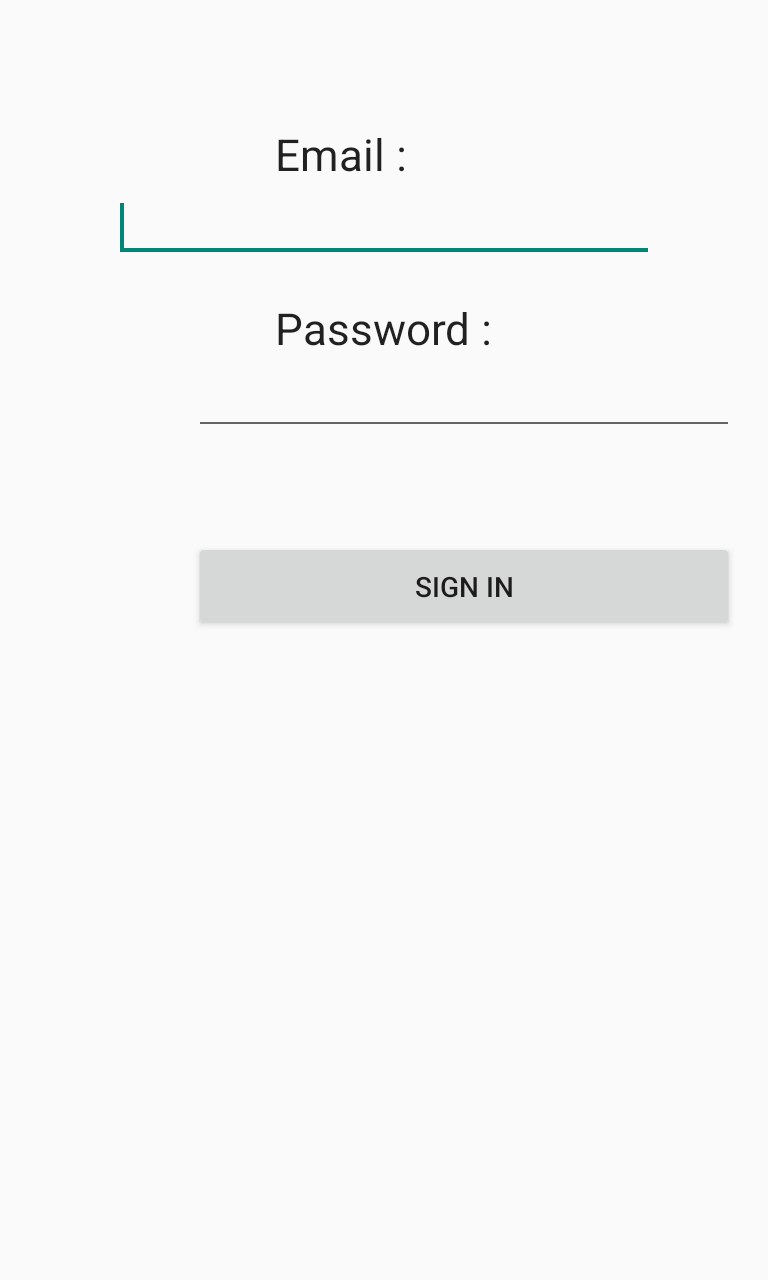
Repository: HAYKEL88/MASTER2_PFE
Layout: PFE_ANDROID/res/layout/activity_sign_in.xml
An editor plug-in stored every save of this project. The layout is shown before and after the next save, followed by the edit.
It is drawn on a 768 x 1280 px phone screen (xhdpi) without system bars, with theme AppTheme; the app's code is not run.

Above is the layout before, as saved 2014-12-21 11:55:40.

After the next save:
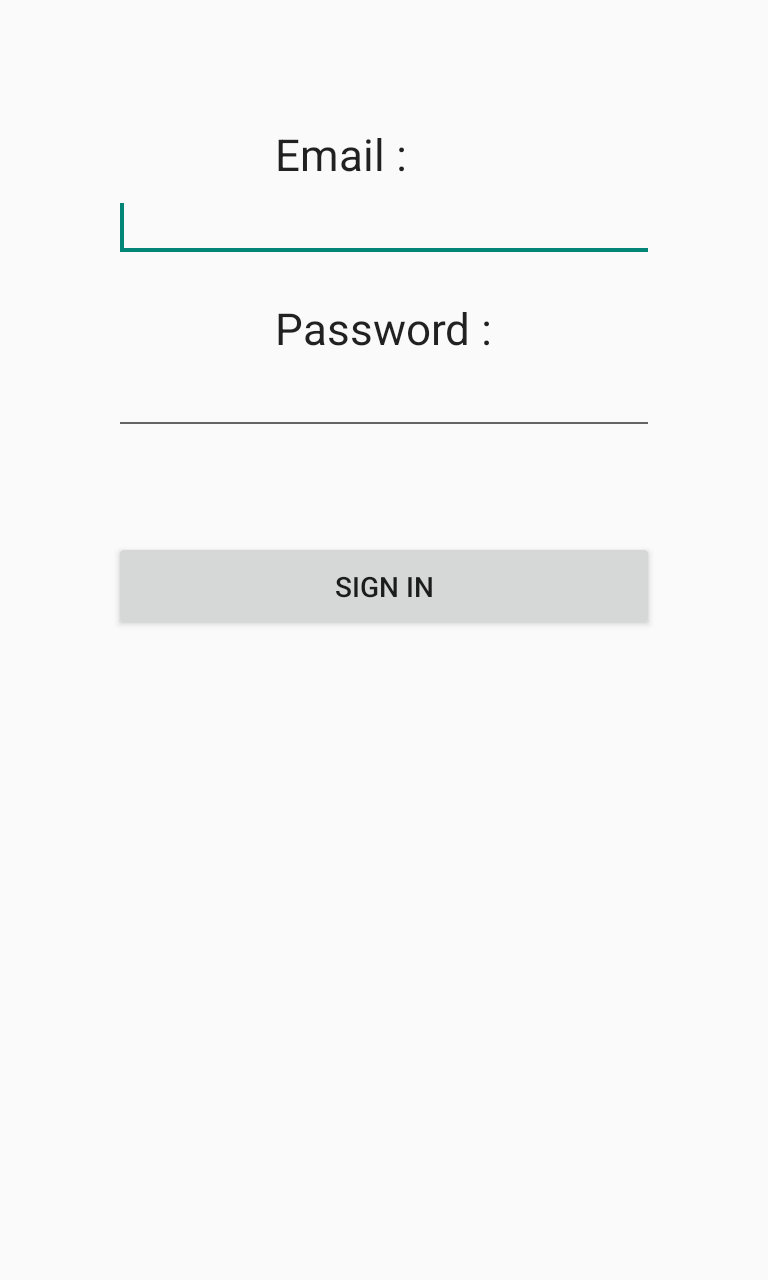
Saved 75 s later.
--- a/PFE_ANDROID/res/layout/activity_sign_in.xml
+++ b/PFE_ANDROID/res/layout/activity_sign_in.xml
@@ -56,9 +56,9 @@
         android:id="@+id/etPassword"
         android:layout_width="272dp"
         android:layout_height="wrap_content"
-        android:layout_alignRight="@+id/tvResponse"
+        android:layout_alignLeft="@+id/etEmail"
+        android:layout_alignRight="@+id/etEmail"
         android:layout_below="@+id/tvHeight"
-        android:layout_centerHorizontal="true"
         android:ems="10"
         android:inputType="textPassword" />
 
@@ -67,8 +67,8 @@
         android:layout_width="272dp"
         android:layout_height="wrap_content"
         android:layout_alignLeft="@+id/etPassword"
+        android:layout_alignRight="@+id/etPassword"
         android:layout_below="@+id/etPassword"
-        android:layout_centerHorizontal="true"
         android:layout_marginTop="49dp"
         android:onClick="signIn"
         android:text="@string/button_signIn" />
